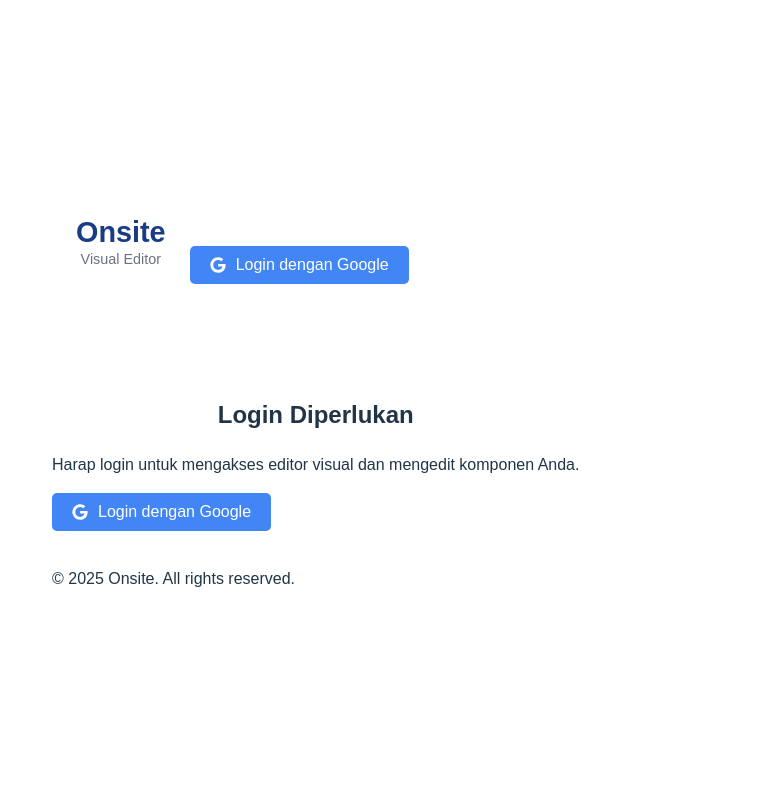
Repository: arifsoul/onsite
Page: /editor (app in onsite/)
An editor plug-in stored every save of this project. The page is shown before and after the next save, followed by the edit.
The browser window is 768 px wide. The pictures show the whole page.
The project was rebuilt for these pictures with package versions that can differ from the ones it lists, and the page was loaded fresh each time. Also part of the build but not shown: onsite/vite.config.js, onsite/src/services/deepseekApi.js, onsite/src/components/Generator/AIGenerator.css, onsite/src/components/Generator/AIGenerator.jsx, onsite/src/components/Preview/LivePreview.css, onsite/src/components/Preview/LivePreview.jsx, onsite/src/pages/Home.jsx, onsite/src/components/Editor/CSSPanel.jsx and 4 more.

Above is the page before, as saved 2025-04-14 17:00:08.

After the next save:
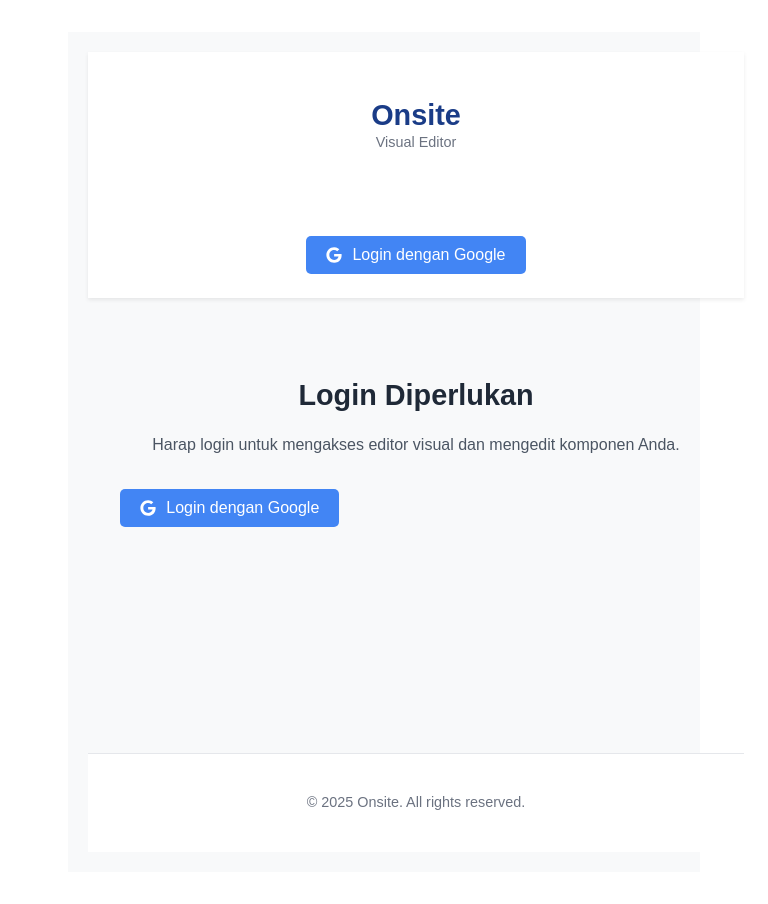
Saved 7 s later.
--- a/onsite/src/pages/Editor.css
+++ b/onsite/src/pages/Editor.css
@@ -1,22 +1,123 @@
-.editor-page {
-    padding: 20px;
+/* src/pages/Editor.css */
+.editor-container {
+    display: flex;
+    flex-direction: column;
+    min-height: 100vh;
+    background-color: #f8f9fa;
   }
 
-  header {
+  /* Header */
+  .editor-header {
     display: flex;
     justify-content: space-between;
     align-items: center;
-    margin-bottom: 20px;
+    padding: 1.5rem 2rem;
+    background-color: #ffffff;
+    box-shadow: 0 2px 4px rgba(0, 0, 0, 0.08);
+    position: sticky;
+    top: 0;
+    z-index: 100;
   }
 
-  .editor-layout {
+  .logo h1 {
+    font-size: 1.8rem;
+    color: #1a3c87;
+    margin: 0;
+  }
+
+  .logo span {
+    font-size: 0.9rem;
+    color: #6b7280;
+    display: block;
+  }
+
+  /* Main Content */
+  .editor-main {
+    flex: 1;
+    padding: 2rem;
+    max-width: 1400px;
+    margin: 0 auto;
+    width: 100%;
+  }
+
+  /* Login Prompt */
+  .login-prompt {
+    text-align: center;
+    max-width: 600px;
+    margin: 0 auto;
+  }
+
+  .login-prompt h2 {
+    font-size: 2rem;
+    color: #1f2937;
+    margin-bottom: 1rem;
+  }
+
+  .login-prompt p {
+    font-size: 1.1rem;
+    color: #4b5563;
+    margin-bottom: 2rem;
+  }
+
+  /* Editor Section */
+  .editor-section {
     display: grid;
     grid-template-columns: 1fr 1fr;
-    gap: 20px;
+    gap: 2rem;
   }
 
-  .editor-section,
-  .preview-section {
-    height: 80vh;
-    overflow-y: auto;
+  .card {
+    background-color: #ffffff;
+    border-radius: 10px;
+    box-shadow: 0 4px 12px rgba(0, 0, 0, 0.1);
+    padding: 2rem;
+    transition: transform 0.3s ease, box-shadow 0.3s ease;
   }
+
+  .card:hover {
+    transform: translateY(-8px);
+    box-shadow: 0 6px 16px rgba(0, 0, 0, 0.15);
+  }
+
+  .card h3 {
+    font-size: 1.5rem;
+    color: #1f2937;
+    margin-bottom: 1rem;
+  }
+
+  /* Footer */
+  .editor-footer {
+    text-align: center;
+    padding: 1.5rem;
+    background-color: #ffffff;
+    border-top: 1px solid #e5e7eb;
+    color: #6b7280;
+    font-size: 0.9rem;
+  }
+
+  /* Responsive Design */
+  @media (max-width: 1024px) {
+    .editor-section {
+      grid-template-columns: 1fr;
+    }
+  }
+
+  @media (max-width: 768px) {
+    .editor-header {
+      flex-direction: column;
+      gap: 1rem;
+      text-align: center;
+    }
+
+    .login-prompt h2 {
+      font-size: 1.8rem;
+    }
+
+    .login-prompt p {
+      font-size: 1rem;
+    }
+
+    .card {
+      padding: 1.5rem;
+    }
+  }
